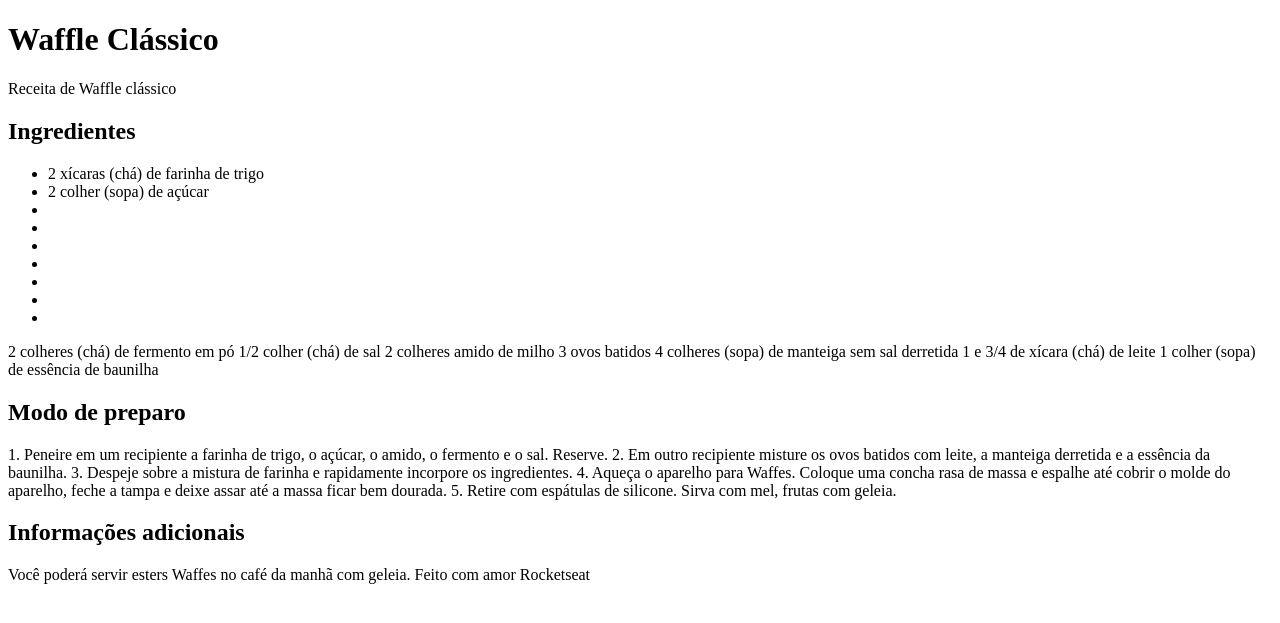
Repository: mferoc/MentoriaMais1CodeG7
Page: desafios-rocketseat-discover/Pagina_de_Receita/Página de Receita/index.html
An editor plug-in stored every save of this project. The page is shown before and after a run of saves, followed by the edit.
The browser window is 1280 px wide. The pictures show the whole page.

Above is the page before, as saved 2022-06-29 20:18:53.

### desafios-rocketseat-discover/Pagina_de_Receita/Página de Receita/index.html
<!DOCTYPE html>
<html lang="pt-br">
<head>
    <meta charset="UTF-8">
    <meta http-equiv="X-UA-Compatible" content="IE=edge">
    <meta name="viewport" content="width=device-width, initial-scale=1.0">
    <title>Página de Receita</title>
</head>
<body>

<h1>Waffle Clássico</h1>

Receita de Waffle clássico

<h2>Ingredientes</h2>

<ul>
    <li>2 xícaras (chá) de farinha de trigo</li>
    <li>2 colher (sopa) de açúcar</li>
    <li></li>
    <li></li>
    <li></li>
    <li></li>
    <li></li>
    <li></li>
    <li></li>
</ul>


2 colheres (chá) de fermento em pó
1/2 colher (chá) de sal
2 colheres amido de milho
3 ovos batidos
4 colheres (sopa) de manteiga sem sal derretida
1 e 3/4 de xícara (chá) de leite
1 colher (sopa) de essência de baunilha

<h2>Modo de preparo</h2>

1. Peneire em um recipiente a farinha de trigo, o açúcar, o amido, o fermento e o sal. Reserve.
2. Em outro recipiente misture os ovos batidos com leite, a manteiga derretida e a essência da baunilha.
3. Despeje sobre a mistura de farinha e rapidamente incorpore os ingredientes.
4. Aqueça o aparelho para Waffes. Coloque uma concha rasa de massa e espalhe até cobrir o molde do aparelho, feche a tampa e deixe assar até a massa ficar bem dourada.
5. Retire com espátulas de silicone. Sirva com mel, frutas com geleia.

<h2>Informações adicionais</h2>

Você poderá servir esters Waffes no café da manhã com geleia.

Feito com amor Rocketseat


</body>
</html>

After the next 6 saves:
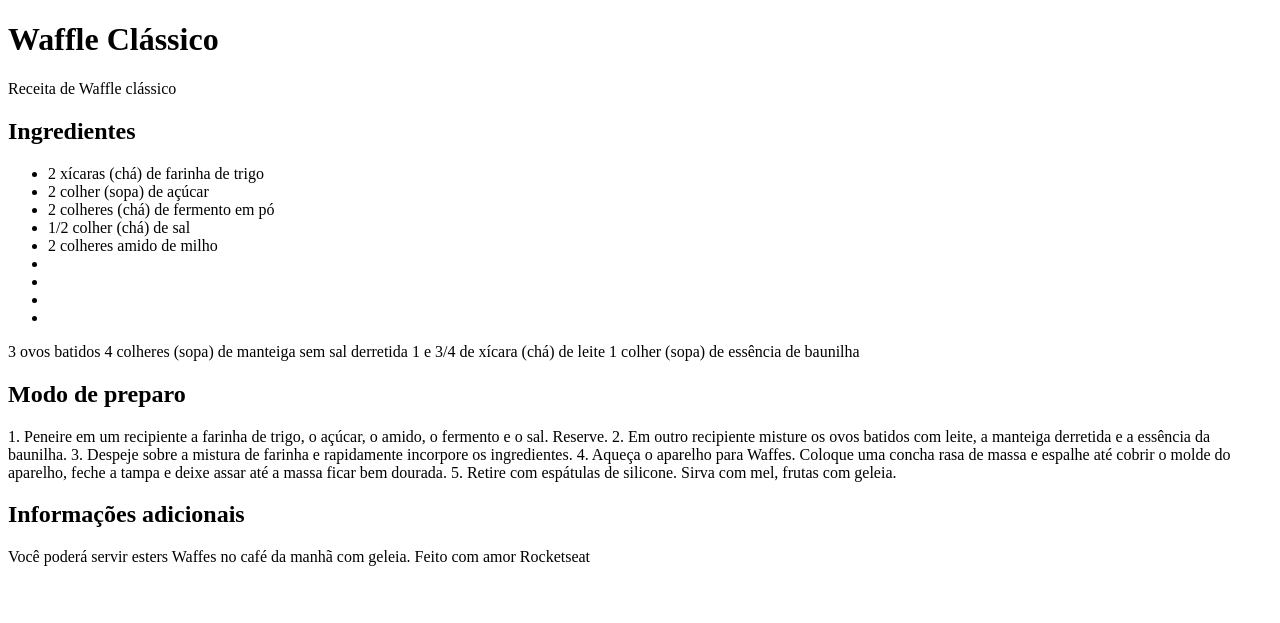
The 6 saves are shown as one change because they came seconds apart.
The last was saved 14 s later.
--- a/desafios-rocketseat-discover/Pagina_de_Receita/Página de Receita/index.html
+++ b/desafios-rocketseat-discover/Pagina_de_Receita/Página de Receita/index.html
@@ -17,9 +17,9 @@
 <ul>
     <li>2 xícaras (chá) de farinha de trigo</li>
     <li>2 colher (sopa) de açúcar</li>
-    <li></li>
-    <li></li>
-    <li></li>
+    <li>2 colheres (chá) de fermento em pó</li>
+    <li>1/2 colher (chá) de sal</li>
+    <li>2 colheres amido de milho</li>
     <li></li>
     <li></li>
     <li></li>
@@ -27,9 +27,9 @@
 </ul>
 
 
-2 colheres (chá) de fermento em pó
-1/2 colher (chá) de sal
-2 colheres amido de milho
+
+
+
 3 ovos batidos
 4 colheres (sopa) de manteiga sem sal derretida
 1 e 3/4 de xícara (chá) de leite
